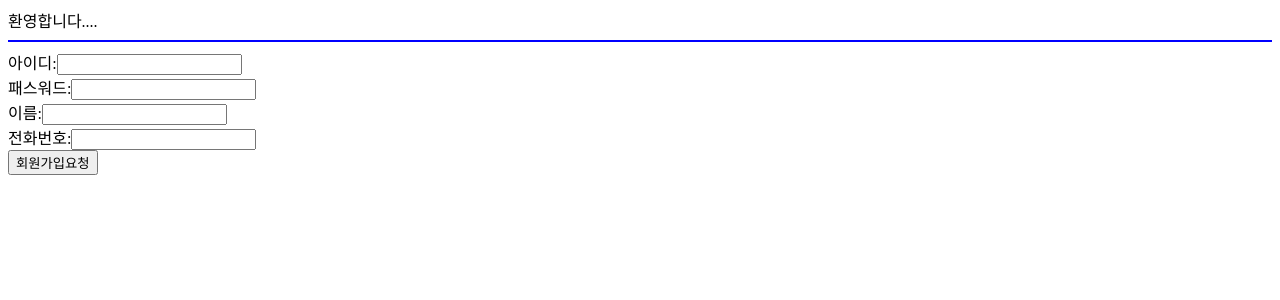
Repository: Yusubin/workEx
Page: spring00/src/main/webapp/index.html
An editor plug-in stored every save of this project. The page is shown before and after the next save, followed by the edit.
The browser window is 1280 px wide. The pictures show the whole page.

Above is the page before, as saved 2022-02-14 08:00:14.

After the next save:
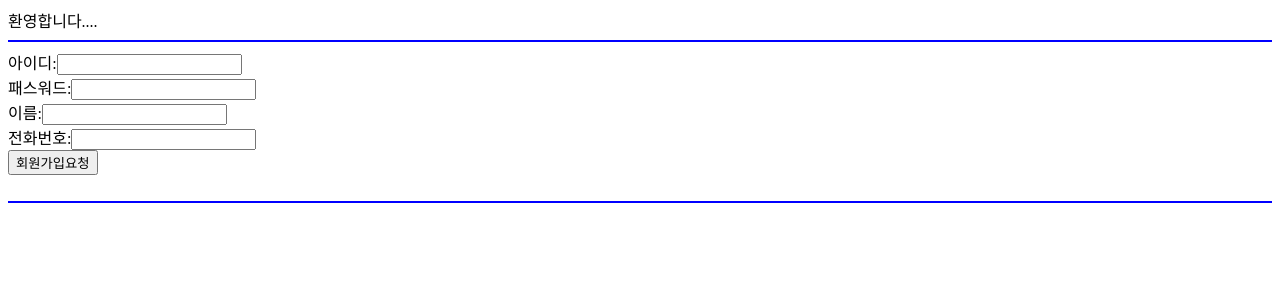
Saved 16 min 2 s later.
--- a/spring00/src/main/webapp/index.html
+++ b/spring00/src/main/webapp/index.html
@@ -15,5 +15,7 @@
 	<button>회원가입요청</button>
 
 	</form>
+	<br>
+	<hr color="blue">
 	</body>
 </html>
